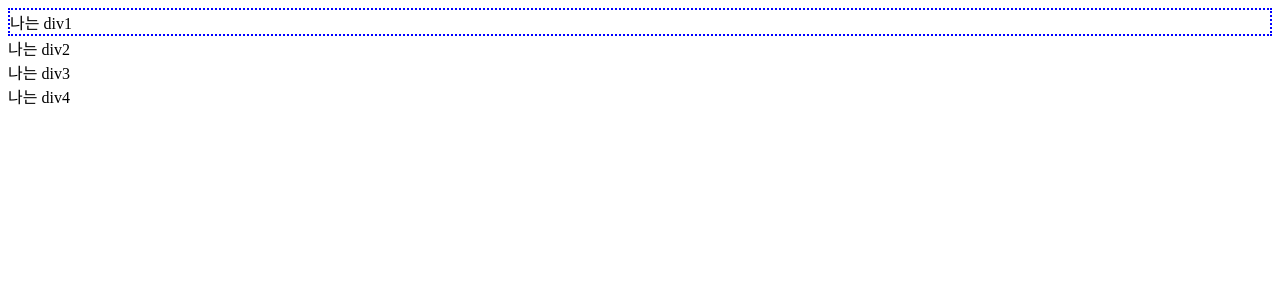
Repository: raccoon304/gugkbi_jsp
Page: HTML5/src/main/webapp/ch01_cssOrder/cssOrder.html
These files come from the project's save history. The page is drawn as it stood at one moment and after the next save; the edit follows.
The browser window is 1280 px wide. The pictures show the whole page.

Above is the page before, as saved 2025-11-13 07:13:43.

### HTML5/src/main/webapp/ch01_cssOrder/cssOrder.html
<!DOCTYPE html>
<html>
<head>
<meta charset="UTF-8">
<title>CSS(Cascading Style Sheets)의 우선순위에 대해서 알아본다.</title>
</head>
<body>
	<!--  HTML 주석문  -->
	<div style="border: dotted 2px blue; ">나는 div1</div>
	<div>나는 div2</div>
	<div>나는 div3</div>
	<div>나는 div4</div>
</body>
</html>

After the next save:
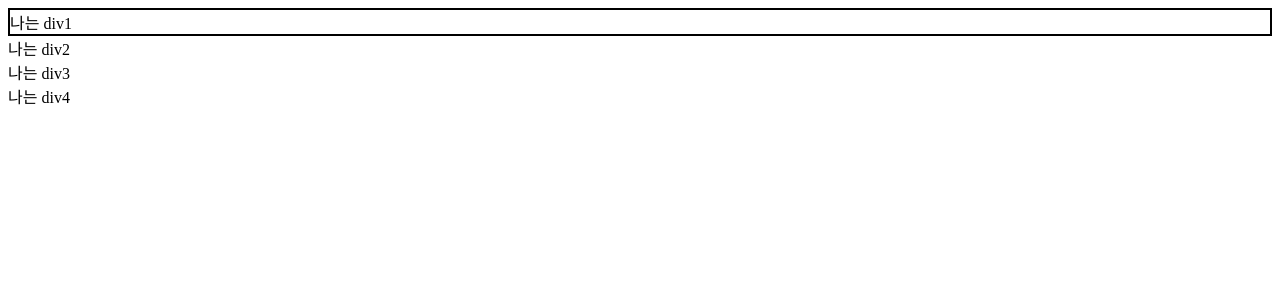
Saved 70 s later.
--- a/HTML5/src/main/webapp/ch01_cssOrder/cssOrder.html
+++ b/HTML5/src/main/webapp/ch01_cssOrder/cssOrder.html
@@ -6,7 +6,7 @@
 </head>
 <body>
 	<!--  HTML 주석문  -->
-	<div style="border: dotted 2px blue; ">나는 div1</div>
+	<div style="border: solid 2px black; ">나는 div1</div>
 	<div>나는 div2</div>
 	<div>나는 div3</div>
 	<div>나는 div4</div>
